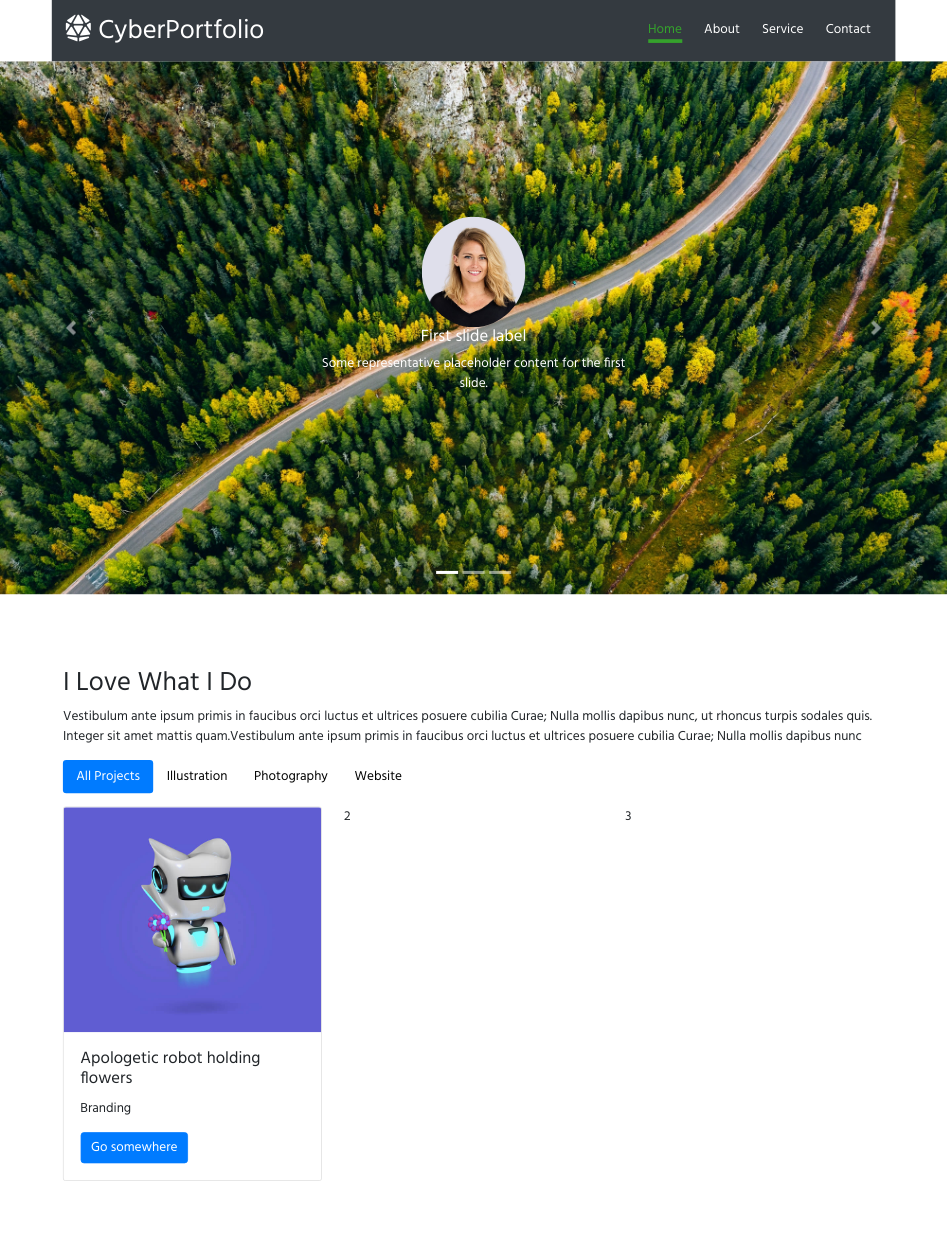
Repository: thanhfrankie/portfolio
Page: index.html
An editor plug-in stored every save of this project. The page is shown before and after the next save, followed by the edit.
The browser window is 1280 px wide. The pictures show the whole page, at 74% of full size.

Above is the page before, as saved 2023-11-30 09:37:18.

### index.html
<!DOCTYPE html>
<html lang="en">
  <head>
    <meta charset="UTF-8" />
    <meta name="viewport" content="width=device-width, initial-scale=1.0" />
    <title>Portfolio</title>
    <!-- Font Hind-->
    <link rel="preconnect" href="https://fonts.googleapis.com" />
    <link rel="preconnect" href="https://fonts.gstatic.com" crossorigin />
    <link
      href="https://fonts.googleapis.com/css2?family=Hind:wght@300;400;700&display=swap"
      rel="stylesheet"
    />
    <!-- Font AWESOME -->
    <link rel="stylesheet" href="https://cdnjs.cloudflare.com/ajax/libs/font-awesome/6.4.2/css/all.min.css" integrity="sha512-z3gLpd7yknf1YoNbCzqRKc4qyor8gaKU1qmn+CShxbuBusANI9QpRohGBreCFkKxLhei6S9CQXFEbbKuqLg0DA==" crossorigin="anonymous" referrerpolicy="no-referrer" />
    <!-- BS4 CSS -->
    <link rel="stylesheet" href="https://cdn.jsdelivr.net/npm/bootstrap@4.6.2/dist/css/bootstrap.min.css" integrity="sha384-xOolHFLEh07PJGoPkLv1IbcEPTNtaed2xpHsD9ESMhqIYd0nLMwNLD69Npy4HI+N" crossorigin="anonymous">

    <!-- Main CSS -->
    <link rel="stylesheet" href="./css/style.css" />
  </head>
  <body>
<header>
    <nav class="container navbar navbar-expand-lg navbar-dark bg-dark">
        <a class="navbar-brand" href="#">
            <i class="fa-solid fa-dice-d20"></i>
           <span>
            CyberPortfolio
           </span>
        </a>
        <!-- hỗ trợ menu màn hình mobile -->
        <button class="navbar-toggler" type="button" data-toggle="collapse" data-target="#portfolioNav" aria-controls="navbarSupportedContent" aria-expanded="false" aria-label="Toggle navigation">
          <span class="navbar-toggler-icon"></span>
        </button>

        <div class="collapse navbar-collapse" id="portfolioNav">
          <ul class="navbar-nav ml-auto">
            <li class="nav-item active">
              <a class="nav-link" href="#">Home</a>
            </li>
            <li class="nav-item">
              <a class="nav-link" href="#">About</a>
            </li>
            <li class="nav-item">
              <a class="nav-link" href="#">Service</a>
            </li>
            <li class="nav-item">
              <a class="nav-link" href="#">Contact</a>
            </li>
          </ul>
        </div>
      </nav>
</header>
<section class="carouselPort">
    <!-- data-ride="carousel -->
    <!-- .carousel-fade: hiệu ứng fade -->
    <div id="carouselPortMain" class="carousel slide .carousel-fade">
        <ol class="carousel-indicators">
          <li data-target="#carouselPortMain" data-slide-to="0" class="active"></li>
          <li data-target="#carouselPortMain" data-slide-to="1"></li>
          <li data-target="#carouselPortMain" data-slide-to="2"></li>
        </ol>
        <div class="carousel-inner">
          <div class="carousel-item active">
            <img src="./img/finland.jpg" class="d-block w-100" alt="...">
            <div class="carousel-caption d-none d-md-block">
                <img src="./img/01-3.jpg" alt="">
              <h5>First slide label</h5>
              <p>Some representative placeholder content for the first slide.</p>
            </div>
          </div>
          <div class="carousel-item">
            <img src="./img/mountains.jpg" class="d-block w-100" alt="...">
            <div class="carousel-caption d-none d-md-block">
                <img src="./img/02-3.jpg" alt="">
              <h5>Second slide label</h5>
              <p>Some representative placeholder content for the second slide.</p>
            </div>
          </div>
          <div class="carousel-item">
            <img src="./img/mountains-1.jpg" class="d-block w-100" alt="...">
            <div class="carousel-caption d-none d-md-block">
                <img src="./img/03-3.jpg" alt="">
              <h5>Third slide label</h5>
              <p>Some representative placeholder content for the third slide.</p>
            </div>
          </div>
        </div>
        <button class="carousel-control-prev" type="button" data-target="#carouselPortMain" data-slide="prev">
          <span class="carousel-control-prev-icon" aria-hidden="true"></span>
          <span class="sr-only">Previous</span>
        </button>
        <button class="carousel-control-next" type="button" data-target="#carouselPortMain" data-slide="next">
          <span class="carousel-control-next-icon" aria-hidden="true"></span>
          <span class="sr-only">Next</span>
        </button>
      </div>
</section>



<section class="projects">
      <div class="container">
        <div class="projects__title">
          <h2>I Love What I Do</h2>
          <p>Vestibulum ante ipsum primis in faucibus orci luctus et ultrices posuere cubilia Curae; Nulla mollis dapibus nunc, ut rhoncus turpis sodales quis. Integer sit amet mattis quam.Vestibulum ante ipsum primis in faucibus orci luctus et ultrices posuere cubilia Curae; Nulla mollis dapibus nunc</p>
        </div>
        <div class="projects__content">
          <ul class="nav nav-pills mb-3" id="pills-tab" role="tablist">
            <li class="nav-item" role="presentation">
              <button class="nav-link active" id="pills-home-tab" data-toggle="pill" data-target="#all" type="button" role="tab" aria-controls="pills-home" aria-selected="true">All Projects</button>
            </li>
            <li class="nav-item" role="presentation">
              <button class="nav-link" id="pills-profile-tab" data-toggle="pill" data-target="#ilu" type="button" role="tab" aria-controls="pills-profile" aria-selected="false">Illustration</button>
            </li>
            <li class="nav-item" role="presentation">
              <button class="nav-link" id="pills-contact-tab" data-toggle="pill" data-target="#photo" type="button" role="tab" aria-controls="pills-contact" aria-selected="false">Photography</button>
            </li>
            <li class="nav-item" role="presentation">
              <button class="nav-link" id="pills-contact-tab" data-toggle="pill" data-target="#web" type="button" role="tab" aria-controls="pills-contact" aria-selected="false">Website</button>
            </li>
          </ul>
          <div class="tab-content" id="pills-tabContent">
            <div class="tab-pane fade show active" id="all" role="tabpanel" aria-labelledby="pills-home-tab">
             <!-- grid system
              12 =100%
              4= 12 / 3 => 100% / 3 => 33,33%
            -->
             <div class="row">
              <div class="col-4">
                <div class="card">
                  <img src="./img/g1.jpg" class="card-img-top" alt="...">
                  <div class="card-body">
                    <h5 class="card-title">Apologetic robot holding flowers</h5>
                    <p class="card-text">Branding</p>
                    <a href="#" class="btn btn-primary">Go somewhere</a>
                  </div>
                </div>
              </div>
              <div class="col-4">2</div>
              <div class="col-4">3</div>
             </div>
            </div>
            <div class="tab-pane fade" id="ilu" role="tabpanel" aria-labelledby="pills-profile-tab">Illustration</div>
            <div class="tab-pane fade" id="photo" role="tabpanel" aria-labelledby="pills-contact-tab">Photography</div>
            <div class="tab-pane fade" id="web" role="tabpanel" aria-labelledby="pills-contact-tab">Website</div>
          </div>
          </div>

        </div>
      </div>
</section>
<section class="services"></section>
<section class="awards"></section>
<footer></footer>


<!-- JQUERY hỗ trợ -->
    <script src="https://cdn.jsdelivr.net/npm/jquery@3.5.1/dist/jquery.slim.min.js" integrity="sha384-DfXdz2htPH0lsSSs5nCTpuj/zy4C+OGpamoFVy38MVBnE+IbbVYUew+OrCXaRkfj" crossorigin="anonymous"></script>
    <!-- BS4 JS -->
<script src="https://cdn.jsdelivr.net/npm/bootstrap@4.6.2/dist/js/bootstrap.bundle.min.js" integrity="sha384-Fy6S3B9q64WdZWQUiU+q4/2Lc9npb8tCaSX9FK7E8HnRr0Jz8D6OP9dO5Vg3Q9ct" crossorigin="anonymous"></script>

  </body>
</html>

### css/style.css
/* Global */
*{
    margin: 0;
    padding: 0;
    box-sizing: border-box;
}
html, body {
    font-family: 'Hind', sans-serif;
    /*? rem: dựa vào font-size của thẻ html => hỗ trợ cho bảo trì trang web
    font-size, spacing(padding, margin)
    nếu ko khai báo thì font-size mặc định 1rem = 16px
    1rem = 18px
    */
    font-size: 18px;
}
/* Header */
header .navbar-brand {
    /* 1rem = 18px => 2rem = 36px*/
    font-size: 2rem;
}
#portfolioNav .nav-link {
    font-size: 1rem;
    padding: 0 0.833rem;
    /*! trước hover */
    color: white;
    transition: all .5s;
}
#portfolioNav .nav-link::after {
    content: "";
    display: block;
    /* trước hover */
    width: 0;
    height: 5px;

    background: #35a22c;
    transition: all .5s;
}
/*! sau hover */
#portfolioNav .nav-item:hover .nav-link::after {
    width: 100%;
}
#portfolioNav .nav-item:hover .nav-link {
    color: #35a22c;

}
/* Thẻ li có class active thì after của nó luôn xuất hiện */
/* #portfolioNav  li.active .nav-link::after{
    width: 100%;
} */
#portfolioNav  .active .nav-link::after{
    width: 100%;
}
#portfolioNav  .active .nav-link {
    color: #35a22c;

}
/* Carousel */
/* Gọi các thẻ img là con trực tiếp (cấp 1) của carousel-item */
#carouselPortMain .carousel-item >img {
    /* thường dùng ở Main carousel */
    height: 100vh;
    object-fit: cover;
}
#carouselPortMain .carousel-caption img {
    /* hình có dạng hình vuông thì chỉ cần xét width */
    width: 140px;
    border-radius: 50%;
}
/* chỉnh đường gạch indicators thì chuyển chữ nhật => hình vuông => tròn */

/*! căn giữa với position absolute cho mọi màn hình */
#carouselPortMain .carousel-caption {
    top: 50%;
    left: 50%;
    transform: translate(-50%, -50%);
}
/* PROJECTS */
.projects {
    padding: 100px 0;
}

After the next save:
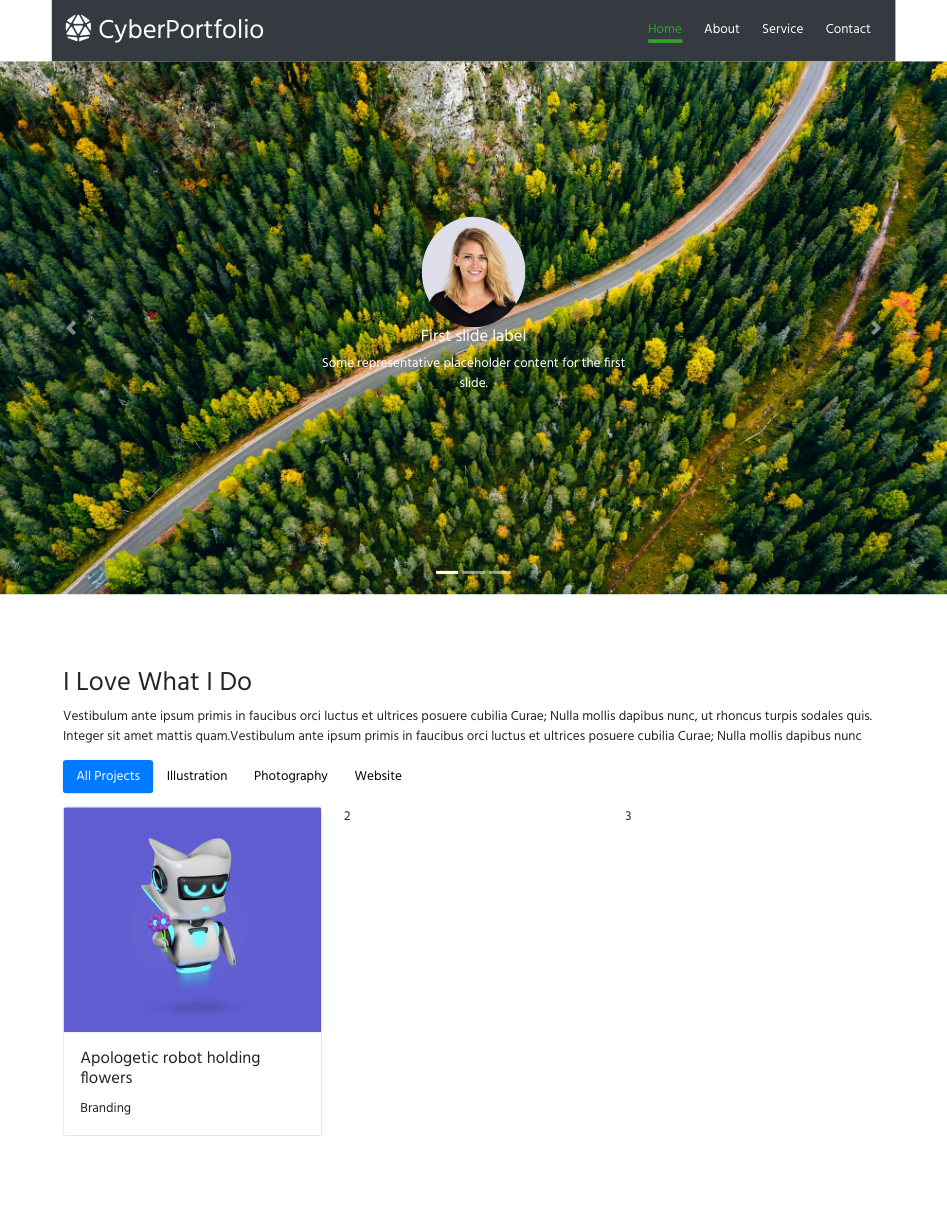
Saved 17 s later.
--- a/index.html
+++ b/index.html
@@ -133,7 +133,6 @@
                   <div class="card-body">
                     <h5 class="card-title">Apologetic robot holding flowers</h5>
                     <p class="card-text">Branding</p>
-                    <a href="#" class="btn btn-primary">Go somewhere</a>
                   </div>
                 </div>
               </div>
